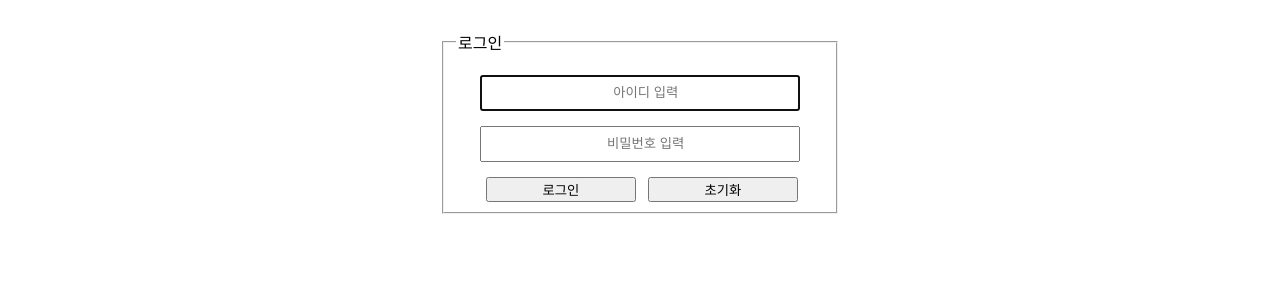
Repository: HyoJun-A/jsp
Page: http://localhost/practice01/login.jsp
These files come from the project's save history. The page is drawn as it stood at one moment and after the next save; the edit follows.
The browser window is 1280 px wide. The pictures show the whole page.
The page is served by Tomcat 9.

Above is the page before, as saved 2022-10-14 06:08:39.

### practice01/WebContent/login.jsp
<%@ page language="java" contentType="text/html; charset=UTF-8"
    pageEncoding="UTF-8"%>
<!DOCTYPE html>
<html>
<head>
<meta charset="UTF-8">
<title>로그인</title>
<style>
#login_form{ width: 400px; height: 300px; margin: 30px auto;}
.login_dis{ display: block;width: 300px; height: 30px; margin: 15px auto;  clear:both;  text-align: center; padding-left: 1em;}
.login_btn{ display: inline-block; width: 150px; line-height:24px }
[type="submit"].login_btn { margin-left: 30px;}

</style>
</head>
<body>

	<form action="loginPro.jsp" method="post" name="login_form" id="login_form">
		<fieldset>
			<legend>로그인</legend>
			<input type="text" name="id" id="id" placeholder="아이디 입력" class="login_dis" autofocus>
			<input type="password" name="pw" id="pw" placeholder="비밀번호 입력" class="login_dis">
			<input type="submit" value="로그인" class="login_btn"> &nbsp;
			<input type="reset" value="초기화" class="login_btn">
		</fieldset>
	</form>
</body>
</html>

After the next save:
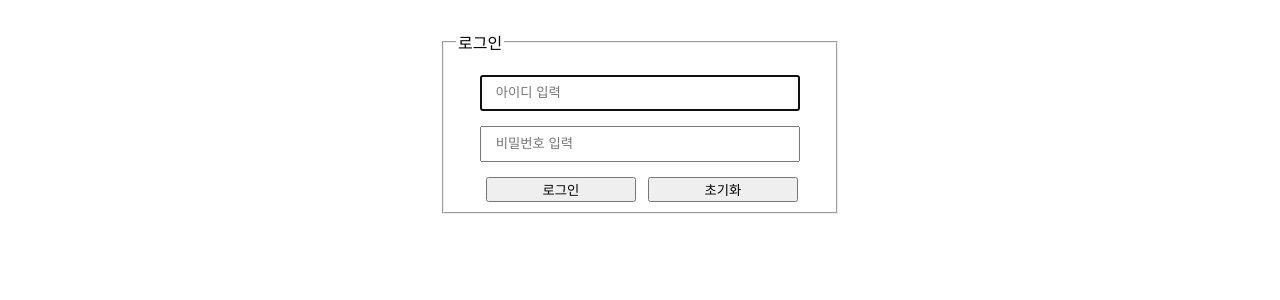
Saved 6 s later.
--- a/practice01/WebContent/login.jsp
+++ b/practice01/WebContent/login.jsp
@@ -7,7 +7,7 @@
 <title>로그인</title>
 <style>
 #login_form{ width: 400px; height: 300px; margin: 30px auto;}
-.login_dis{ display: block;width: 300px; height: 30px; margin: 15px auto;  clear:both;  text-align: center; padding-left: 1em;}
+.login_dis{ display: block;width: 300px; height: 30px; margin: 15px auto;  clear:both;  text-align: left; padding-left: 1em;}
 .login_btn{ display: inline-block; width: 150px; line-height:24px }
 [type="submit"].login_btn { margin-left: 30px;}
 
